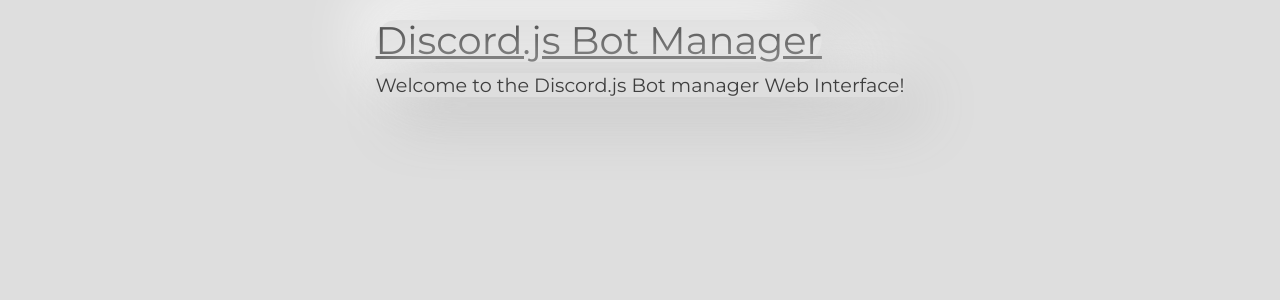
Repository: O-Schell/Discord-Bot-Manager
Page: Web_Interface/main.HTML
The author's editor kept a copy of each file at every save. The page is drawn from the files as they stood at one save, then again after the next save.
The browser window is 1280 px wide. The pictures show the whole page.
The style sheet was rebuilt from its Sass, Less or Tailwind sources for each picture, by a compiler version that may differ from the author's.

Above is the page before, as saved 2020-11-24 20:00:11.
Not found: Web_Interface/script.js

### Web_Interface/main.HTML
<!DOCTYPE html>
<html lang="fr">

<head>
  <meta charset="utf-8" />
  <title>Bot Manager</title>
  <link rel="stylesheet" href="style.css" />
  <script src="script.js"></script>
</head>

<body>
  <div class="title">
    <h1 class="neumorphism"><u>Discord.js Bot Manager</u></h1>
    <p1 class="neumorphism">Welcome to the Discord.js Bot
      manager Web Interface!</p1>
  </div>
</body>

</html>

### Web_Interface/style.scss
@import url("https://fonts.googleapis.com/css?family=Montserrat:400,700&display=swap");
@import url("https://unpkg.com/bootstrap@3.3.7/dist/css/bootstrap.min.css");

body {
  background-color: #dedede;
}
h1 {
  font-size: 3vw;
  width: max-content;
  font-family: "Montserrat";
  color: #3f3f3f;
}

p1 {
  font-size: 1.5vw;
  width: max-content;
  font-family: "Montserrat";
  color: #3f3f3f;
}

.title {
  position: fixed;
  left: 50%;
  transform: translate(-50%);
}

.neumorphism {
  border-radius: 50px;
  background: #dedede;
  box-shadow: 20px 20px 60px #bdbdbd, -20px -20px 60px #ffffff;
}

After the next save:
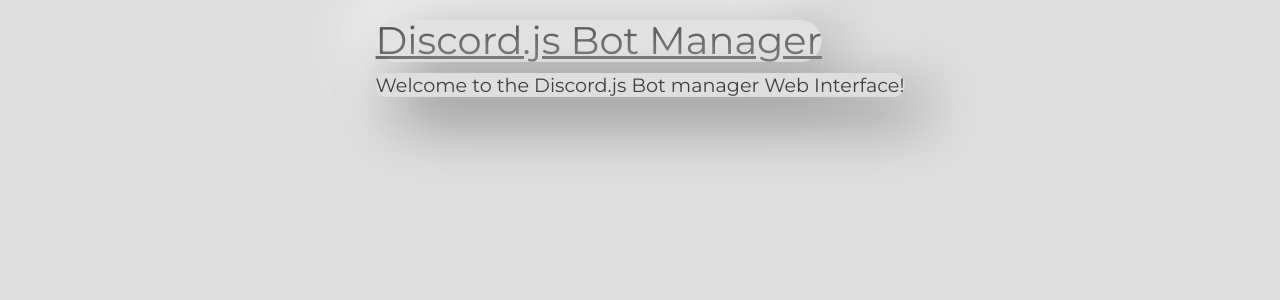
Saved 35 s later.
--- a/Web_Interface/style.scss
+++ b/Web_Interface/style.scss
@@ -27,5 +27,5 @@
 .neumorphism {
   border-radius: 50px;
   background: #dedede;
-  box-shadow: 20px 20px 60px #bdbdbd, -20px -20px 60px #ffffff;
+  box-shadow: 20px 20px 60px #6f6f6f, -20px -20px 60px #ffffff;
 }
